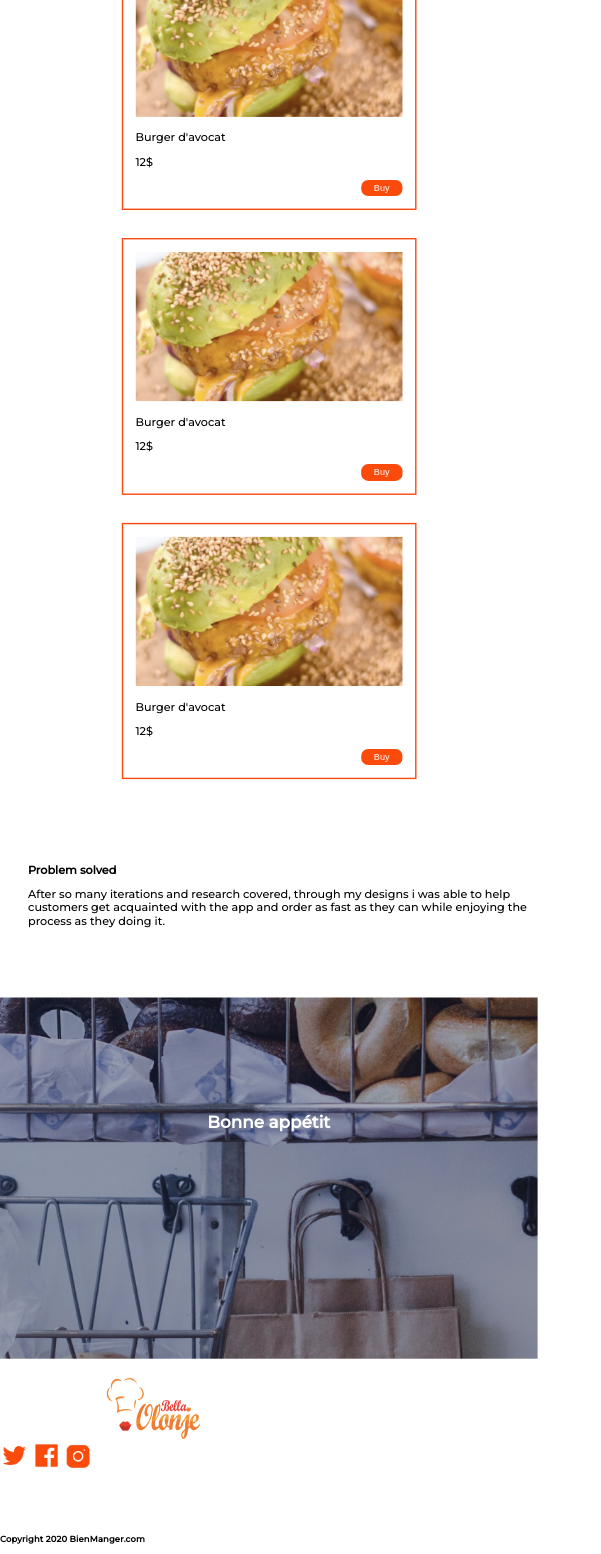
Repository: Ahlam-belhadj/bella-olange
Page: index.html
An editor plug-in stored every save of this project. The page is shown before and after the next save, followed by the edit.
The browser window is 768 px wide. The page is 858 px wide, so the pictures cover 858 px, including what lies to the right of the window. The pictures show the part of the page from y = 3940 to 6180 px (the page is 6160 px tall before and 6180 px after), at 70% of full size.

Above is the page before, as saved 2023-02-12 00:42:17.

### index.html
<!DOCTYPE html>
<html lang="en">

<head>
    <meta charset="UTF-8">
    <meta http-equiv="X-UA-Compatible" content="IE=edge">
    <meta name="viewport" content="width=device-width, initial-scale=1.0">
    <link rel="stylesheet" href="style.css">
    <title>Bella olanje</title>
</head>

<body>
    <header>
        <nav>
            <div class="logo"><img  class="logo" src="image/logo_bella_olonje.png" alt="logo"></div>
            <ul>
                <li><a href="#" class="nav-link">Home</a></li>
                <li><a href="#" class="nav-link">Pizza</a></li>
                <li><a href="#" class="nav-link">Burgers</a></li>
                <li><a href="#" class="nav-link">Salade</a></li>
                <li><a href="#" class="nav-link">Contact</a></li>

            </ul>
            <div class="icon_navbar">
                <label for="click" class="menu-btn">
                  <i class="fas fa-bars"></i>
                </label>
            </div>
          </nav>

        <div class="title">
            <div class="texte">
                <h3>Food app</h3>
                <h1>Chez Bella <br>
                    chaque désire s'additionne.</h1>
            </div>
        </div>
    </header>
    <main>
        <h2 id="pizza" >Nos Pizza</h2>
        <div class="container-card">
            <div class="border">
                <div class="card-img">
                    <img src="image/fromage.png" alt="">
                </div>
                <div class="card-text">
                    <p>
                        Pizza 4 Fromage
                    </p>
                </div>
                <div class="prix">
                    <p>
                        12$
                    </p>
                </div>
                <div class="button1">
                    <a href="index2.html"><button class="button" type="button">Buy</button></a>
                </div>
            </div>
            <div class="border">
                <div class="card-img">
                    <img src="image/fromage.png" alt="">
                </div>
                <div class="card-text">
                    <p>
                        Pizza 4 Fromage
                    </p>
                </div>
                <div class="prix">
                    <p>
                        12$
                    </p>
                </div>
                <div class="button1">
                    <a href="index2.html"><button class="button" type="button">Buy</button></a>
                </div>
            </div>
            <div class="border">
                <div class="card-img">
                    <img src="image/fromage.png" alt="">
                </div>
                <div class="card-text">
                    <p>
                        Pizza 4 Fromage
                    </p>
                </div>
                <div class="prix">
                    <p>
                        12$
                    </p>
                </div>
                <div class="button1">
                    <a href="index2.html"><button class="button" type="button">Buy</button></a>
                </div>
            </div>
        </div>
        <hr id="burgers">
        <h2>Nos Burgers</h2>
        <div class="container-card">
            <div class="border">
                <div class="card-img">
                    <img src="image/salade.png" alt="">
                </div>
                <div class="card-text">
                    <p>
                        Burger d'avocat
                    </p>
                </div>
                <div class="prix">
                    <p>
                        12$
                    </p>
                </div>
                <div class="button1">
                    <a href="index2.html"><button class="button" type="button">Buy</button></a>
                </div>
            </div>
            <div class="border">
                <div class="card-img">
                    <img src="image/salade.png" alt="">
                </div>
                <div class="card-text">
                    <p>
                        Burger d'avocat
                    </p>
                </div>
                <div class="prix">
                    <p>
                        12$
                    </p>
                </div>
                <div class="button1">
                    <a href="index2.html"><button class="button" type="button">Buy</button></a>
                </div>
            </div>
            <div class="border">
                <div class="card-img">
                    <img src="image/salade.png" alt="">
                </div>
                <div class="card-text">
                    <p>
                        Burger d'avocat
                    </p>
                </div>
                <div class="prix">
                    <p>
                        12$
                    </p>
                </div>
                <div class="button1">
                    <a href="index2.html"><button class="button" type="button">Buy</button></a>
                </div>
            </div>
        </div>
        <hr id="salade">
        <h2>Nos Salade</h2>
        <div class="container-card">
            <div class="border">
                <div class="card-img">
                    <img src="image/burger.png" alt="">
                </div>
                <div class="card-text">
                    <p>
                        Burger d'avocat
                    </p>
                </div>
                <div class="prix">
                    <p>
                        12$
                    </p>
                </div>
                <div class="button1">
                    <a href="index2.html"><button class="button" type="button">Buy</button></a>
                </div>
            </div>
            <div class="border">
                <div class="card-img">
                    <img src="image/burger.png" alt="">
                </div>
                <div class="card-text">
                    <p>
                        Burger d'avocat
                    </p>
                </div>
                <div class="prix">
                    <p>
                        12$
                    </p>
                </div>
                <div class="button1">
                    <a href="index2.html"><button class="button" type="button">Buy</button></a>
                </div>
            </div>
            <div class="border">
                <div class="card-img">
                    <img src="image/burger.png" alt="">
                </div>
                <div class="card-text">
                    <p>
                        Burger d'avocat
                    </p>
                </div>
                <div class="prix">
                    <p>
                        12$
                    </p>
                </div>
                <div class="button1">
                    <a href="index2.html"><button class="button" type="button">Buy</button></a>
                </div>
            </div>
        </div>


        <strong>
            Problem solved
        </strong>


        <p class="texte3">After so many iterations and research covered, through my designs i was able to help <br> customers get
            acquainted
            with the app and order as fast as they can while enjoying the <br>
            process as they doing it.</p>



        <div class="title1">
            <div class="texte">
                <h2>Bonne appétit</h2>
            </div>
        </div>

        <footer class="footer">
            <img class="footer_logo" src="image/logo_bella_olonje.png" alt="logo">
            <div class="social">
                <img src="image/ant-design_twitter-outlined.png" alt="panier">
                <img src="image/ant-design_facebook-filled.png" alt="facebook">
                <img src="image/instagram.png" alt="insta">
            </div>
            <p class="copy">Copyright 2020 BienManger.com</p>
        </footer>
    </main>

</body>

</html>

### style.css
@import url('https://fonts.googleapis.com/css2?family=Montserrat:wght@100;200;500&display=swap');

body {
    font-family: Montserrat, sans-serif;
    margin: auto;
}


.logo {
    height: 80px;
}

nav {
    display: flex;
    height: 80px;
    width: 100%;
    background: white;
    align-items: center;
    justify-content: space-between;
    padding: 0 50px 0 100px;
    flex-wrap: wrap;
  }

  nav .logo {
    color: #fff;
    font-size: 20px;
    text-transform: uppercase;
    text-decoration: none;
  }

  nav a {
    color: #fff;
    text-decoration: none;
  }

  nav ul {
    display: flex;
    flex-wrap: wrap;
    list-style: none;

  }

  nav ul li {
    margin: 0 5px;
  }

  nav ul li a {
    color: black;
    text-decoration: none;
    font-size: 16px;
    font-weight: 500;
    padding: 8px 15px;
    border-radius: 5px;
    letter-spacing: 1px;
    transition: all 0.3s ease;
  }

  nav .icon_navbar {
    display: flex;
  }



  nav .menu-btn i {
    color: #050505;
    font-size: 22px;
    cursor: pointer;

  }

  input[type="checkbox"] {
    display: none;
  }

  @media (max-width: 1000px) {
    nav {
      padding: 0 40px 0 50px;
    }

    nav .logo {
      color: #fff;
      font-size: 16px;
      text-transform: uppercase;
    }
  }

  @media (max-width: 1250px) {
    nav .menu-btn i {
      display: block;
    }

    #click:checked~.menu-btn i:before {
      content: "\f00d";
    }

    nav ul {
      position: fixed;
      top: 80px;
      right: -100%;
      background: #C81100;
      height: 100vh;
      width: 60%;
      text-align: center;
      display: block;
      transition: all 0.3s ease;
    }

    #click:checked~ul {
      right: 0;
    }

    nav ul li {
      width: 100%;
      margin: 40px 0;
    }

    nav ul li a {
      width: 100%;
      display: block;
      font-size: 20px;
      transition: 0.6s cubic-bezier(0.68, -0.55, 0.265, 1.55);
    }

    #click:checked~ul li a {
      margin-left: 0px;
    }

    nav ul li a.active,
    nav ul li a:hover {
      background: none;
      color: #1E1E1E;
    }
  }

.title {
  background-image: url(image/Rectangle\ 48.png);
  height: 619px;
  background-repeat: no-repeat;
  background-position: center;
  background-size: cover;



}

.texte{
    color: white;
    display: flex;
    align-items: center;
    justify-content: center;
    flex-direction: column;
    text-align: center;
    height: 50%;
}

h2{
    text-align:center;
    padding-top: 100px;
}

.container-card{
    display: flex;
    flex-direction: row;
    justify-content: space-around;
    align-items: center;
    margin-bottom: 100px;

}

.border{
    border: 2px solid #fa4a0c;
    padding: 18px;

}


.button {
    border: 0;
    line-height: 1.8;
    padding: 0 18px;
    font-size: 13px;
    text-align: center;
    color: #fff;
    border-radius: 10px;
    background-color:#FA4A0C;

}


.button1{
    display: flex;
    justify-content: end;

}

.imgf{
    height: 619px;
}

.title1 {
    background-image: url(image/Rectangle\ 47.png);
    height: 516px;
    background-repeat: no-repeat;
    background-position: center;
    background-size: cover;



}

p.texte3 {

    margin-bottom: 100px;
    padding-left: 40px;
}

.footer {
    padding: 0 115px 54px 115px;
    display: flex;
    flex-direction: row;
    justify-content: space-between;
}

.footer_logo {
    padding-top: 17px;
    height: 90px;
}

.social {
    padding-top: 66px;
}

.copy {
    padding-top: 74px;
    font-family: Montserrat;
    font-style: normal;
    font-weight: 700;
    font-size: 12px;
    line-height: 18px;
    letter-spacing: 0.2px;
}


hr {
    width: 50%;
    height: 2px;
    background-color:#E4E4E4;
    border: none;
}

strong {
    padding-left: 40px;

}



@media (max-width:801px) {

    .container-card{
        flex-direction: column;
    }

    .border {
        margin: 20px;
    }


    .footer{
        padding: 0;
        display: flex;
        flex-direction: column;
    }


    .footer_logo{
        width: 150px;
        height: 100px;
       padding-left: 150px;
       mar
    }
    .social {
        padding: 0;
    }

    .nav-menu {
        width: 105%;
    }



}

After the next save:
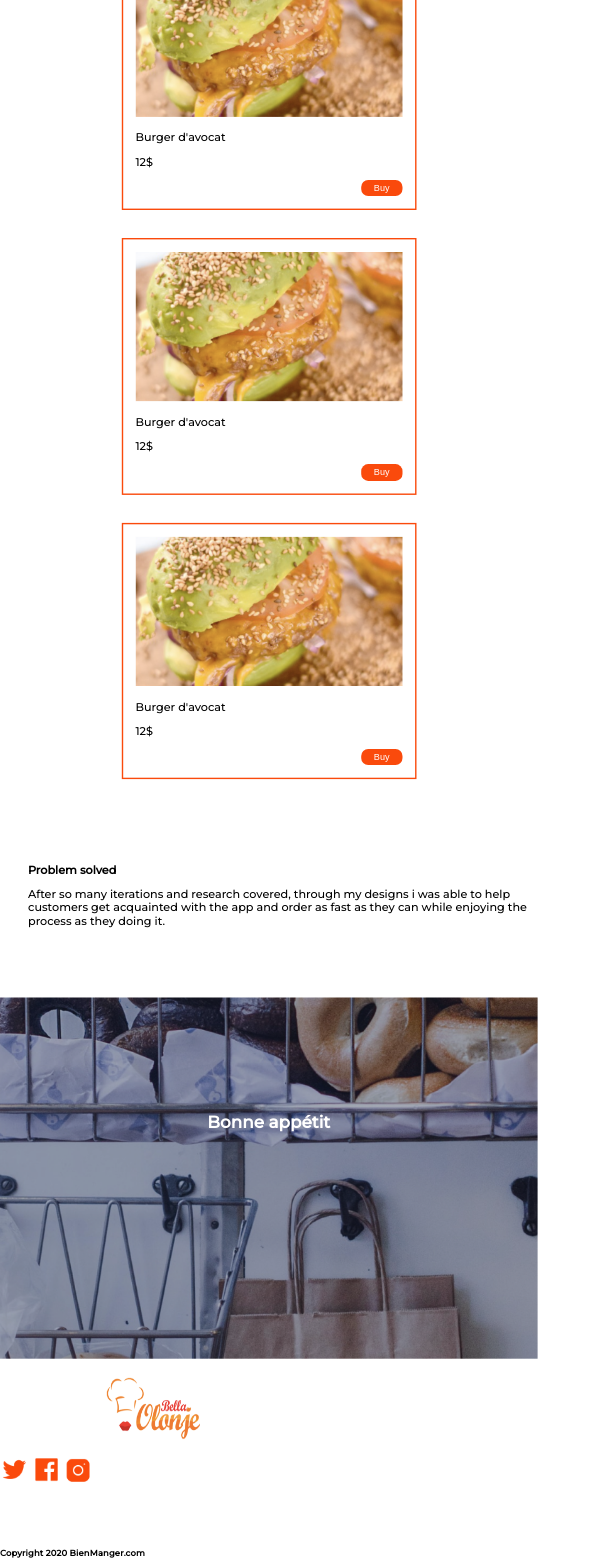
Saved 4 s later.
--- a/style.css
+++ b/style.css
@@ -277,7 +277,7 @@ strong {
         width: 150px;
         height: 100px;
        padding-left: 150px;
-       mar
+       margin-bottom: 20px;
     }
     .social {
         padding: 0;
